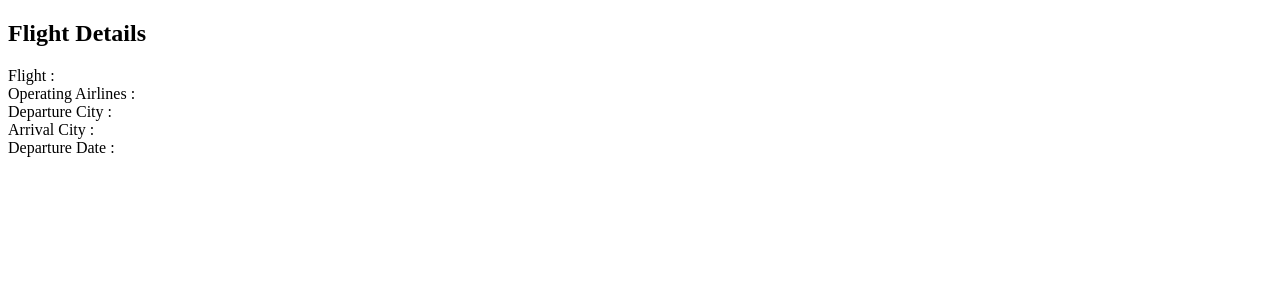
Repository: Jitu2319/Spring-Boot-repository
Page: http://localhost/Flight_Reservation_app/WEB-INF/jsps/showreservation.jsp
These files come from the project's save history. The page is drawn as it stood at one moment and after the next save; the edit follows.
The browser window is 1280 px wide. The pictures show the whole page.
The page is served by Tomcat 9. Nobody is signed in. Other server files are loaded and not shown. The template is opened directly, without the code that normally fills it, so the values that code supplies are empty.

Above is the page before, as saved 2022-08-27 16:13:27.

### Flight_Reservation_app/src/main/webapp/WEB-INF/jsps/showreservation.jsp
<%@ page language="java" contentType="text/html; charset=ISO-8859-1"
    pageEncoding="ISO-8859-1"%>
<!DOCTYPE html>
<html>
<head>
<meta charset="ISO-8859-1">
<title>Reservation Details</title>
</head>
<body>
	<h2>Flight Details</h2>
	Flight :${flight.flightNumber}</br>
	Operating Airlines :${flight.operatingAirlines}</br>
	Departure City :${flight.departureCity}</br>
	Arrival City :${flight.arrivalCity}</br>
	Departure Date :${flight.dateOfDeparture}</br>
</body>
</html>

After the next save:
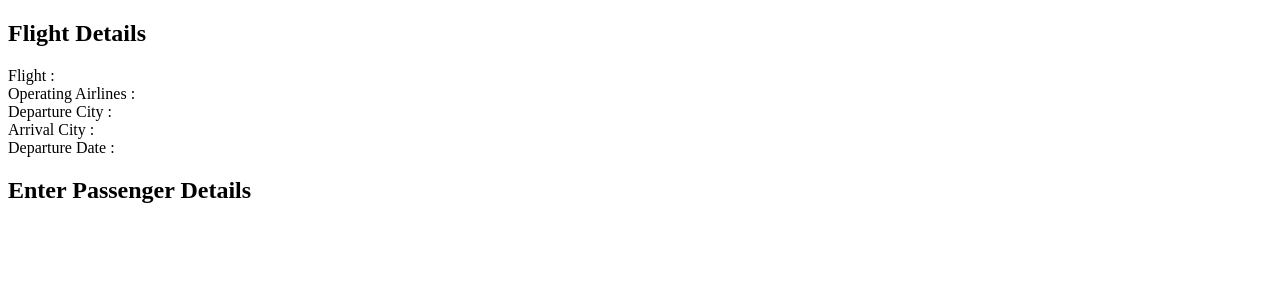
Saved 59 s later.
--- a/Flight_Reservation_app/src/main/webapp/WEB-INF/jsps/showreservation.jsp
+++ b/Flight_Reservation_app/src/main/webapp/WEB-INF/jsps/showreservation.jsp
@@ -13,5 +13,6 @@
 	Departure City :${flight.departureCity}</br>
 	Arrival City :${flight.arrivalCity}</br>
 	Departure Date :${flight.dateOfDeparture}</br>
+	<h2>Enter Passenger Details</h2>
 </body>
 </html>
